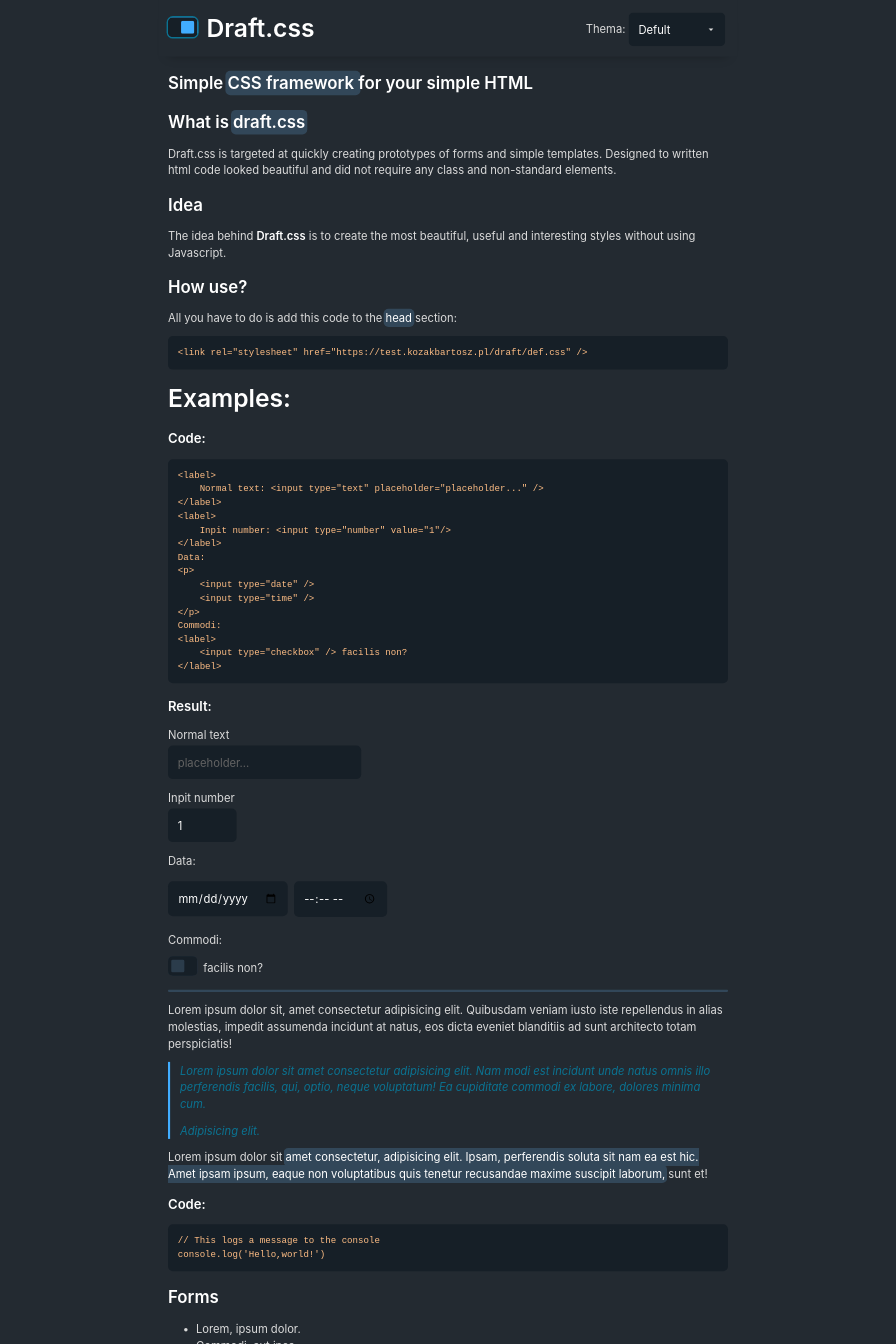
Repository: KozakBartosz/Draft
Page: index.html
These files come from the project's save history. The page is drawn as it stood at one moment and after the next save; the edit follows.
The browser window is 1280 px wide. The pictures show the part of the page from y = 0 to 1920 px (the page is 6236 px tall), at 70% of full size.

Above is the page before, as saved 2019-04-12 13:55:32.

### index.html
<!DOCTYPE html>
<html lang="en">
	<head>
		<meta charset="UTF-8" />
		<meta name="viewport" content="width=device-width, initial-scale=1.0" />
		<meta http-equiv="X-UA-Compatible" content="ie=edge" />
		<title>Draft.css</title>
		<link rel="stylesheet" href="draft.css" />
	</head>
	<body style="--sticky: calc(var(--mainpaddng) * 2 + 52px);">
		<header>
			<div style="float: right">
				Thema:
				<select name="" id="changethema">
					<option value="0">Defult</option>
					<option value="1">Defult mini</option>
					<option value="2">Light</option>
					<option value="3">Blood</option>
					<option value="4">Matrix</option>
				</select>
			</div>
			<h1 style="margin-bottom: 0">
				<input type="checkbox" checked="checked" /> Draft.css
			</h1>
		</header>
		<h2>
			Simple
			<mark>
				CSS framework
			</mark>
			for your simple HTML
		</h2>
		<h2>What is <mark>draft.css</mark></h2>
		<p>
			Draft.css is targeted at quickly creating prototypes of forms and
			simple templates. Designed to written html code looked beautiful and
			did not require any class and non-standard elements.
		</p>

		<h2>Idea</h2>
		<p>
			The idea behind <strong>Draft.css</strong> is to create the most
			beautiful, useful and interesting styles without using Javascript.
		</p>
		<h2>How use?</h2>
		<p>
			All you have to do is add this code to the
			<mark>head</mark> section:
		</p>

		<pre><code>&lt;link rel="stylesheet" href="https://test.kozakbartosz.pl/draft/def.css" /&gt;</code></pre>

		<h1>Examples:</h1>

		<h3>Code:</h3>

		<pre><code>&lt;label&gt;<br />&nbsp; &nbsp; Normal text: &lt;input type="text" placeholder="placeholder..." /&gt;<br />&lt;/label&gt;<br />&lt;label&gt;<br />&nbsp; &nbsp; Inpit number: &lt;input type="number" value="1"/&gt;<br />&lt;/label&gt;<br />Data:<br />&lt;p&gt;<br />&nbsp; &nbsp; &lt;input type="date" /&gt;<br />&nbsp; &nbsp; &lt;input type="time" /&gt;<br />&lt;/p&gt;<br />Commodi:<br />&lt;label&gt;<br />&nbsp; &nbsp; &lt;input type="checkbox" /&gt; facilis non?<br />&lt;/label&gt;</code></pre>
		<h3>Result:</h3>
		<label>
			Normal text
			<input type="text" placeholder="placeholder..." />
		</label>
		<label>
			Inpit number
			<input type="number" value="1" />
		</label>
		Data:
		<p>
			<input type="date" />
			<input type="time" />
		</p>
		Commodi:
		<label> <input type="checkbox" /> facilis non? </label>

		<hr />

		<p>
			Lorem ipsum dolor sit, amet consectetur adipisicing elit. Quibusdam
			veniam iusto iste repellendus in alias molestias, impedit assumenda
			incidunt at natus, eos dicta eveniet blanditiis ad sunt architecto
			totam perspiciatis!
		</p>

		<cite>
			<p>
				Lorem ipsum dolor sit amet consectetur adipisicing elit. Nam
				modi est incidunt unde natus omnis illo perferendis facilis,
				qui, optio, neque voluptatum! Ea cupiditate commodi ex labore,
				dolores minima cum.
			</p>
			<p>Adipisicing elit.</p>
		</cite>

		<p>
			Lorem ipsum dolor sit
			<mark
				>amet consectetur, adipisicing elit. Ipsam, perferendis soluta
				sit nam ea est hic. Amet ipsam ipsum, eaque non voluptatibus
				quis tenetur recusandae maxime suscipit laborum,</mark
			>
			sunt et!
		</p>

		<h3>Code:</h3>
		<pre><code>// This logs a message to the console<br />console.log('Hello,world!')</code></pre>

		<h2>Forms</h2>

		<ul>
			<li>Lorem, ipsum dolor.</li>
			<li>Commodi, aut ipsa.</li>
			<li>Dignissimos, quibusdam nobis?</li>
			<li>Quae, in praesentium.</li>
			<li>Aut, facilis non?</li>
		</ul>
		<ol>
			<li>Lorem, ipsum dolor.</li>
			<li>Commodi, aut ipsa.</li>
			<li>Dignissimos, quibusdam nobis?</li>
			<li>Quae, in praesentium.</li>
			<li>Aut, facilis non?</li>
		</ol>
		<textarea
			name="about"
			id="about"
			placeholder="I am a textarea..."
			rows="6"
		></textarea>
		<h2>Lorem ipsum dolor sit amet.</h2>
		<label>
			Normal text
			<input type="text" />
		</label>
		<label>
			Inpit number <input type="number" / value="1">
		</label>
		Date:
		<p>
			<input type="date" />
			<input type="time" />
		</p>
		<label>
			Nazwa:
			<select name="" id="">
				<option value="">Wybierz</option>
				<option value="">Fuga aut vero</option>
				<option value="">veritatis accusamus</option>
				<option value="">quam</option>
			</select>
		</label>
		<label>
			Nazwa:
			<select name="" id="" multiple>
				<option value="">consectetur adipisicing</option>
				<option value="">Nemo nihil unde</option>
				<option value="">animi mollitia</option>
				<option value="">dolor sit amet</option>
			</select>
		</label>

		<h2>Simple table</h2>

		<table>
			<tr>
				<th>lorem</th>
				<th>lorem</th>
				<th>lorem</th>
			</tr>
			<tr>
				<td>lorem</td>
				<td>lorem</td>
				<td>lorem</td>
			</tr>
			<tr>
				<td>lorem</td>
				<td>lorem</td>
				<td>lorem</td>
			</tr>
		</table>

		<h2>Adv table</h2>
		<p>
			When we added the <code>&lt;thead&gt;</code> and
			<code>&lt;tbody&gt;</code> table has
			<code>table-layout: fixed</code> and
			<code>position: sticky</code> for thead
		</p>

		<table>
			<thead>
				<tr>
					<th width="5%">#</th>
					<th>Kod</th>
					<th>Nazwa</th>
					<th>Opis</th>
					<th width="120px"></th>
				</tr>
			</thead>
			<tbody>
				<tr>
					<td width="5%">1</td>
					<td><code>EDG-651</code></td>
					<td>Lorem ipsum dolor</td>
					<td>
						Lorem ipsum dolor sit amet, consectetur adipisicing
						elitdolor sitamet
					</td>
					<td width="120px" style="text-align: right;">
						<input type="checkbox" />
					</td>
				</tr>
				<tr>
					<td width="5%">2</td>
					<td><code>EDG-652</code></td>
					<td>Lorem ipsum dolor</td>
					<td>
						Lorem ipsum dolor sit amet, consectetur adipisicing
						elitdolor sitamet
					</td>
					<td width="120px" style="text-align: right;">
						<input type="checkbox" />
					</td>
				</tr>
				<tr>
					<td width="5%">3</td>
					<td><code>EDX-652*</code></td>
					<td>Lorem ipsum dolor</td>
					<td>
						Lorem ipsum dolor sit amet, consectetur adipisicing
						elitdolor sitamet
					</td>
					<td width="120px" style="text-align: right;">
						<input type="checkbox" />
					</td>
				</tr>
				<tr>
					<td width="5%">5</td>
					<td><code>EDD-655</code></td>
					<td>Lorem ipsum dolor</td>
					<td>
						Lorem ipsum dolor sit amet, consectetur adipisicing
						elitdolor sitamet
					</td>
					<td width="120px" style="text-align: right;">
						<input type="checkbox" />
					</td>
				</tr>
			</tbody>
			<tfoot>
				<tr>
					<td colspan="4">Lorem ipsum doreta: <b>3</b></td>
					<td width="120px"><button>Remove</button></td>
				</tr>
			</tfoot>
		</table>

		<h3>Checkbox</h3>
		<label> <input type="checkbox" /> Ale ma kota </label>

		<label> <input type="checkbox" /> Ale ma kota2 </label>

		<label> <input type="checkbox" /> Ale ma kota3 </label>

		<h3>Radio</h3>
		<label> <input type="radio" name="radio" /> Ale ma kota </label>
		<label> <input type="radio" name="radio" /> Ale ma kota2 </label>
		<label> <input type="radio" name="radio" /> Ale ma kota3 </label>

		<hr />

		<h2>Search</h2>

		<fieldset class="search">
			<legend>Szukaj</legend>
			<form action="produkty,szukaj" method="get">
				<input
					type="text"
					name="q"
					placeholder="Wpisz czego szukasz..."
				/>
				<button>Szukaj</button>
			</form>
		</fieldset>

		<h2>Change button color by html</h2>

		<h2>Code</h2>
		<pre><code>&lt;button&gt;Exit&lt;/button&gt;<br>&lt;button style="--button: #7e1616; --buttonhover: #b40d0d;"&gt;
	Ok<br>&lt;/button&gt;</code></pre>

		<h3>result</h3>
		<button>Exit</button>
		<button style="--button: #7e1616; --buttonhover: #b40d0d;">
			Ok
		</button>

		<h2>Details</h2>

		<details>
			<summary>Szczypta detali</summary>
			<p>Informacje szczegółowe na dany temat.</p>
		</details>

		<details open>
			<summary>Jeszcze wiecej szczegółów</summary>
			<p>Tu jest jeszcze wiecej informacji szczegółowych</p>
		</details>

		<details>
			<summary>Jeszcze wiecej szczegółów</summary>
			<p>
				Lorem ipsum dolor sit amet consectetur adipisicing elit. Minima
				fugiat explicabo assumenda ducimus nobis aliquid esse, ad ab
				sapiente officiis repellat et, nisi atque itaque autem ut
				architecto tempore consequatur.
			</p>
		</details>

		<h2>Real Form</h2>

		<details>
			<summary>Jeszcze wiecej szczegółów</summary>
			<p>
				Lorem ipsum dolor sit amet consectetur adipisicing elit. Minima
				fugiat explicabo assumenda ducimus nobis aliquid esse, ad ab
				sapiente officiis repellat et, nisi atque itaque autem ut
				architecto tempore consequatur.
			</p>
		</details>

		<form>
			<label for="email">Email</label>
			<input
				type="email"
				name="email"
				required=""
				id="email"
				value=""
				placeholder="john.doe@gmail.com"
			/>
			<label for="text">Text</label>
			<input
				type="text"
				name="email"
				required=""
				id="text"
				value=""
				placeholder="john.doe@gmail.com"
			/>

			<label for="id">User id (read only)</label>
			<input readonly="" name="id" id="id" value="04D6H89Z" />

			<label for="disabled">Random disabled input</label>
			<input
				disabled=""
				name="disabled"
				id="disabled"
				placeholder="Because why not?"
			/>

			<label for="about">About me</label>

			<input type="checkbox" name="remember" id="remember" checked="" />
			<label for="remember">Remember me</label>

			<input type="submit" />
		</form>

		<p>
			<strong>Lorem ipsum</strong> dolor sit,
			<a href="">amet consectetur adipisicing</a> elit.
			<i>Hic nobis</i> atque eligendi voluptatum doloribus rem praesentium
			veniam quo delectus explicabo, architecto ipsam ipsa unde vitae
			excepturi iusto nesciunt placeat ducimus.
		</p>
		<p>
			Lorem ipsum dolor sit amet consectetur adipisicing elit. Enim saepe
			quisquam delectus accusantium nam recusandae obcaecati ullam, non
			neque <a href="">commodi modi tempore </a>magni magnam. Tenetur
			officiis mollitia facere libero sint.
		</p>
		<h4>Lorem ipsum dolor sit amet.</h4>
		<p>
			Lorem ipsum dolor, sit amet consectetur adipisicing elit. Possimus,
			vero quibusdam. Rerum libero nihil aspernatur, ipsam vel voluptatem
			inventore quasi. Odit, sapiente? Delectus beatae laudantium sapiente
			cupiditate et libero? Corrupti.
		</p>

		<button>Send</button>
		<script>
			var themes = [
				[
					{ brand: "#41adff" },
					{ mainbg: "#232a31" },
					{ mainpaddng: "14px" },
					{ radius: "7px" },

					{ low: "#161f27" },
					{ like: "#2b3c4b" },
					{ midi: "#324759" },
					{ hight: "#0b7392" },

					{ text: "#dbdbdb" },
					{ textContrast: "#fff" },

					{ code: "#ffbe85" },

					{ button: "#2b3c4a" },
					{ buttonhover: "#334a5e" },
					{ buttontext: "#fff" },

					{ fillhover: "#1b2731" }
				],
				[
					{ brand: "#41adff" },
					{ mainbg: "#232a31" },
					{ mainpaddng: "12px" },
					{ radius: "12px" },

					{ low: "#161f27" },
					{ like: "#2b3c4b" },
					{ midi: "#324759" },
					{ hight: "#0b7392" },

					{ text: "#dbdbdb" },
					{ textContrast: "#fff" },

					{ code: "#ffbe85" },

					{ button: "#2b3c4a" },
					{ buttonhover: "#334a5e" },
					{ buttontext: "#fff" },

					{ fillhover: "#1b2731" }
				],
				[
					{ brand: "#41adff" },
					{ mainbg: "#ffffff" },
					{ mainpaddng: "14px" },
					{ radius: "7px" },

					{ low: "#e8f1fa" },
					{ like: "#cfe2f7" },
					{ midi: "#b2cee7" },
					{ hight: "#1db5e4" },

					{ text: "#3f4646" },
					{ textContrast: "#1a1f1f" },

					{ code: "#20595f" },

					{ button: "#3dcca1" },
					{ buttonhover: "#34e0ad" },
					{ buttontext: "#fff" },

					{ fillhover: "#e8f5ff" }
				],
				[
					{ mainpaddng: "18px" },
					{ radius: "3px" },
					{ brand: "#c21a1a" },
					{ mainbg: "#312323" },

					{ code: "#ffbe85" },

					{ text: "#dbdbdb" },
					{ textContrast: "#fff" },

					{ button: "#4a2b2b" },
					{ buttonhover: "#5e3333" },
					{ buttontext: "#fff" },

					{ fillhover: "#311b1b" },

					{ low: "#271616" },
					{ like: "#4b2b2b" },
					{ midi: "#593232" },
					{ hight: "#800f0f" }
				],
				[
					{ mainpaddng: "11px" },
					{ radius: "13px" },
					{ brand: "#1ac260" },
					{ mainbg: "#233126" },

					{ code: "#c0ff85" },

					{ text: "#dbdbdb" },
					{ textContrast: "#fff" },

					{ button: "#324a2b" },
					{ buttonhover: "#385e33" },
					{ buttontext: "#fff" },

					{ fillhover: "#1b3122" },

					{ low: "#162717" },
					{ like: "#2b4b2e" },
					{ midi: "#32593f" },
					{ hight: "#0f803a" }
				]
			];

			let changethema = document.getElementById("changethema");
			let root = document.documentElement;
			changethema.addEventListener("change", e => {
				console.log(e);
				var theme = themes[e.target.value];
				theme.forEach(element => {
					var k = Object.keys(element)[0];
					root.style.setProperty("--" + k, element[k]);
				});
			});
		</script>
	</body>
</html>

### draft.css
/* TO DO */
/* <details> */
:root {
	--brand: #41adff;
	--mainbg: #232a31;
	--mainpaddng: 14px;
	--radius: 7px;

	--low: #161f27;
	--like: #2b3c4b;
	--midi: #324759;
	--hight: #0b7392;

	--text: #dbdbdb;
	--textContrast: #fff;

	--code: #ffbe85;

	--button: #2b3c4a;
	--buttonhover: #334a5e;
	--buttontext: #fff;

	--fillhover: #1b2731;

	--sticky: 0px;
}
/*
:root {
	--brand: #41adff;
	--mainbg: #ffffff;
	--mainpaddng: 14px;
	--radius: 7px;

	--low: #e8f1fa;
	--like: #cfe2f7;
	--midi: #b2cee7;
	--hight: #1db5e4;

	--text: #3f4646;
	--textContrast: #1a1f1f;

	--code: #20595f;

	--button: #3dcca1;
	--buttonhover: #34e0ad;
	--buttontext: #fff;

	--fillhover: #e8f5ff;
} */

/* :root {
	--mainpaddng: 18px;
	--radius: 3px;
	--brand: #c21a1a;
	--mainbg: #312323;

	--code: #ffbe85;

	--text: #dbdbdb;
	--textContrast: #fff;

	--button: #4a2b2b;
	--buttonhover: #5e3333;
	--buttontext: #fff;

	--fillhover: #311b1b;

	--low: #271616;
	--like: #4b2b2b;
	--midi: #593232;
	--hight: #800f0f;
} */

/* :root {
	--mainpaddng: 11px;
	--radius: 13px;
	--brand: #1ac260;
	--mainbg: #233126;

	--code: #c0ff85;

	--text: #dbdbdb;
	--textContrast: #fff;

	--button: #324a2b;
	--buttonhover: #385e33;
	--buttontext: #fff;

	--fillhover: #1b3122;

	--low: #162717;
	--like: #2b4b2e;
	--midi: #32593f;
	--hight: #0f803a;
} */
body {
	font-family: -apple-system, BlinkMacSystemFont, "Segoe UI", "Roboto",
		"Oxygen", "Ubuntu", "Cantarell", "Fira Sans", "Droid Sans",
		"Helvetica Neue", sans-serif;
	line-height: 1.5;
	max-width: 800px;
	margin: 0px auto var(--mainpaddng);
	padding: 0 var(--mainpaddng);
	color: var(--text);
	background: var(--mainbg);
	text-rendering: optimizeLegibility;
}

label {
	display: block;
}
a,
a:active,
button,
button:active,
input,
input:active,
textarea,
details,
summary,
th,
td {
	outline: none;
	box-shadow: none;
	transition: background-color 0.2s ease, box-shadow 0.2s ease,
		transform 0.2s ease;
}
h1 {
	font-size: 2.2em;
	margin-top: 0;
}
h1,
h2,
h3,
h4,
h5,
h6 {
	margin-bottom: 12px;
}
h1,
h2,
h3,
h4,
h5,
h6,
strong {
	color: var(--textContrast);
	font-weight: 600;
}
button,
input[type="submit"],
input[type="button"],
input[type="checkbox"],
input[type="radio"] {
	cursor: pointer;
	display: inline-block;
}

input,
select,
button,
textarea {
	/* display: block; */
	color: var(--textContrast);
	background-color: var(--low);
	font-family: inherit;
	font-size: inherit;
	margin: 4px 4px 6px 0;
	padding: var(--mainpaddng);
	border: none;
	border-radius: var(--radius);
	outline: none;
	-webkit-appearance: none;
	vertical-align: middle;
}
input[type="number"] {
	max-width: calc(var(--mainpaddng) * 5);
}

button:hover,
input:hover,
select:hover,
textarea:hover,
textarea:hover {
	background-color: var(--fillhover);
}

label > input,
label > select {
	display: block;
}

textarea {
	margin-right: 0;
	width: 100%;
	box-sizing: border-box;
	resize: vertical;
}
button,
input[type="submit"],
input[type="button"] {
	color: var(--buttontext);
	background-color: var(--button);
	padding: var(--mainpaddng) calc(var(--mainpaddng) * 2);
}

select:not([multiple]) {
	padding-right: calc(var(--mainpaddng) * 3);
	background: var(--low)
		url("data:[embedded picture, 198 characters]")
		100% 50%/27px 7px no-repeat;
}

/* input:not([value=""]):invalid,
select:not([value=""]):invalid,
textarea:not([value=""]):invalid {
	box-shadow: 0 0 0 2px darkred;
} */

input:focus,
select:focus,
button:focus,
textarea:focus {
	background-color: var(--fillhover);
	box-shadow: 0 0 0 2px var(--hight);
}

button:focus,
input[type="submit"]:focus,
input[type="button"]:focus {
	background-color: var(--buttonhover);
}

button:hover,
input[type="submit"]:hover,
input[type="button"]:hover {
	background-color: var(--buttonhover);
	box-shadow: 0 5px 20px -5px rgba(0, 0, 0, 0.35), 0 3px 0 0 var(--button);
	transform: translateY(-3px);
}
button:active,
input[type="submit"]:active,
input[type="button"]:active {
	transform: translateY(0px);
	box-shadow: 0 5px 20px -5px rgba(0, 0, 0, 0.35);
}

input:disabled {
	cursor: not-allowed;
	opacity: 0.5;
}

input[type="radio"],
input[type="checkbox"] {
	margin-top: -2px;
	transition: background-color 0.25s ease,
		box-shadow 0.25s cubic-bezier(0.53, 1.59, 0.51, 1);
}
input[type="checkbox"] {
	background-color: var(--like);
	width: calc(var(--mainpaddng) * 3);
	box-shadow: calc(var(--mainpaddng) * -1) 0 0 calc(var(--mainpaddng) / 3)
			var(--low) inset,
		0 0 0 calc(var(--mainpaddng) / 3) var(--low) inset;
}
input[type="checkbox"]:hover,
input[type="radio"]:hover {
	background-color: var(--midi);
}
input[type="checkbox"]:focus {
	box-shadow: calc(var(--mainpaddng) * -1) 0 0 calc(var(--mainpaddng) / 3)
			var(--low) inset,
		0 0 0 calc(var(--mainpaddng) / 3) var(--low) inset,
		0 0 0 2px var(--hight);
}

input[type="radio"] {
	border-radius: 100%;
	box-shadow: 0 0 0 calc(var(--mainpaddng) / 2) var(--low) inset;
}
input[type="checkbox"]:checked,
input[type="radio"]:checked {
	box-shadow: 0 0 0 calc(var(--mainpaddng) / 3) var(--low) inset,
		0 0 0 2px var(--hight), 0 0 0 1px var(--low);
	background-color: var(--brand);
}

input[type="checkbox"]:checked {
	box-shadow: var(--mainpaddng) 0 0 calc(var(--mainpaddng) / 3) var(--low)
			inset,
		0 0 0 calc(var(--mainpaddng) / 3) var(--low) inset,
		0 0 0 2px var(--hight);
}

::placeholder {
	color: #636363;
}
a {
	text-decoration: none;
	color: var(--hight);
}
a:hover {
	text-decoration: underline;
	color: var(--brand);
}

mark {
	background: linear-gradient(var(--brand), var(--brand)) 50% 100%/100% 40%
		no-repeat;
	background: var(--midi);
	padding: 3px;
	margin: -3px;
	/* text-shadow: 1px 1px 1px var(--mainbg), -1px 1px 1px var(--mainbg),
		0px 1px 1px var(--mainbg); */
	color: var(--textContrast);
	border-radius: var(--radius);
}

ul,
ol,
label,
code,
p {
	margin: var(--mainpaddng) 0;
}

code,
kbd {
	background: var(--low);
	color: var(--code);
	padding: 4px;
	border-radius: var(--radius);
}

cite,
q {
	display: block;
	margin: var(--mainpaddng) 0;
	color: var(--hight);
	/* border-radius: var(--radius); */
	padding: 0 var(--mainpaddng);
	border-left: 3px solid var(--brand);
}

/* pre {
	margin: 0 calc(var(--mainpaddng) * -1);
} */
pre > code {
	display: block;
	overflow-x: auto;
	padding: var(--mainpaddng);
}
img {
	max-width: 100%;
}
hr {
	margin: var(--mainpaddng) 0;
	border: none;
	height: 3px;
	border-radius: calc(var(--radius) / 6);
	background: var(--midi);
}
fieldset {
	border: 3px solid var(--midi);
	border-radius: var(--radius);
}
fieldset > legend {
	font-weight: 600;
	color: var(--textContrast);
	padding: calc(var(--mainpaddng) / 2) calc(var(--mainpaddng));
}

details {
	padding: var(--mainpaddng);
	border-radius: var(--radius);
	padding-bottom: calc(var(--mainpaddng) + var(--radius));
	background: var(--low);
}

details:last-of-type {
	padding-bottom: var(--mainpaddng);
}

details + details {
	margin-top: calc(var(--radius) * -1);
	border-top: 1px solid var(--mainbg);
	border-radius: 0 0 var(--radius) var(--radius);
}

details[open],
details:hover:not([open]) {
	background: var(--like);
	z-index: 1;
}
details summary {
	cursor: pointer;
	margin: calc(var(--mainpaddng) * -1);
	padding: var(--mainpaddng);
}

table {
	/* display: block; */
	/* overflow-x: auto; */
	/* border-collapse: collapse; */
	margin: var(--mainpaddng) -1px;
	width: calc(100% + 2px);
	border-spacing: 1px;
	position: relative;
}
tbody,
tfoot,
thead {
	border-radius: calc(var(--radius) + 2px);
	overflow: hidden;
	background: var(--mainbg);
	table-layout: fixed;
	position: relative;
	z-index: 0;
	display: table;
	width: calc(100% + 2px);
}

header,
thead {
	background: var(--mainbg);
	position: sticky;
	top: var(--sticky);
	z-index: 5;
	box-shadow: 0px 12px 15px -15px rgba(0, 0, 0, 0.35);
}
header {
	z-index: 10;
	top: 0px;
	display: block;
	padding: var(--mainpaddng);
	margin: 0 calc(var(--mainpaddng) * -1) var(--mainpaddng);
}
td,
th {
	padding: var(--mainpaddng);
	background: var(--low);
}
th {
	color: var(--textContrast);
}
tr:hover td {
	background-color: var(--fillhover);
}

After the next save:
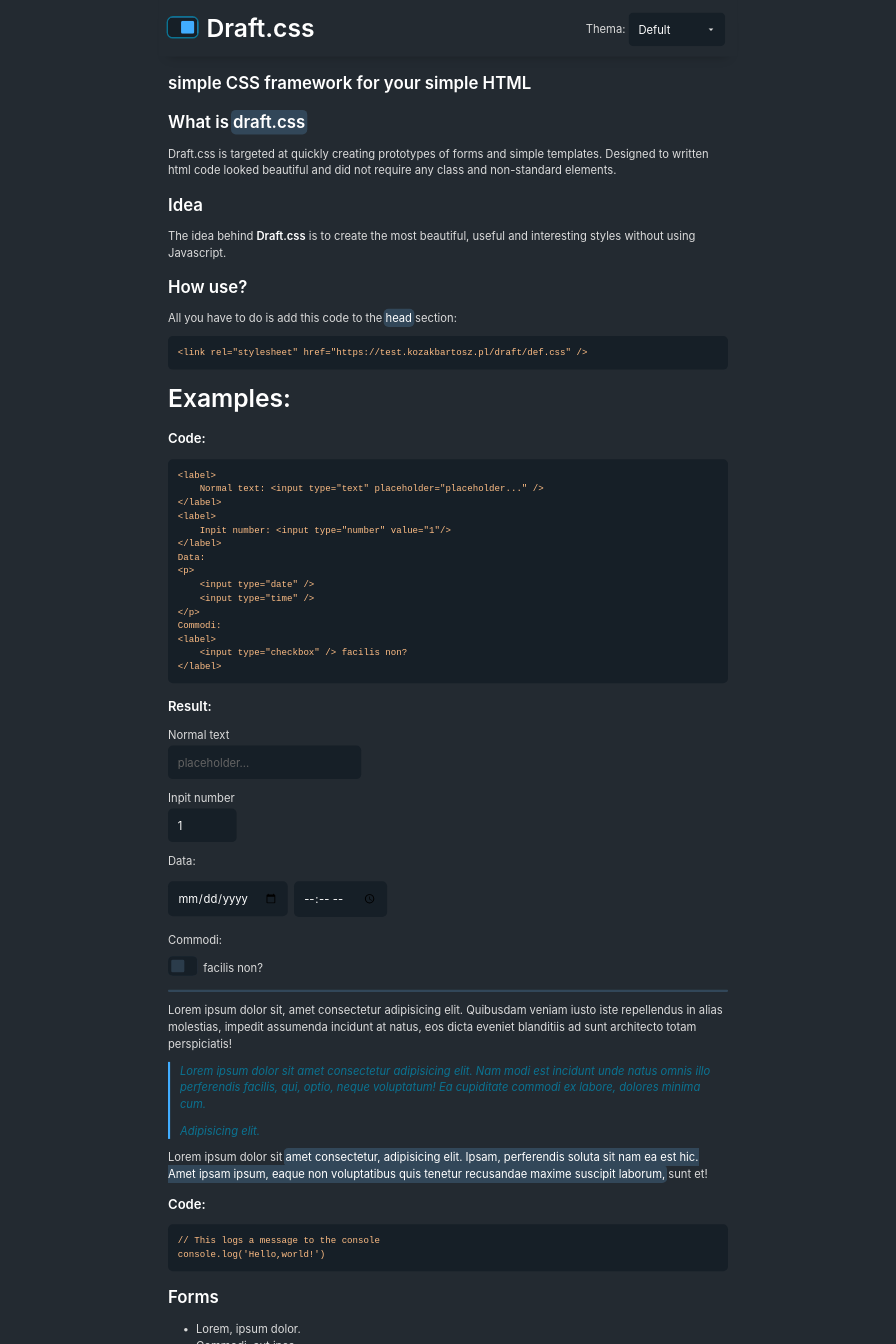
Saved 9 s later.
--- a/index.html
+++ b/index.html
@@ -24,11 +24,7 @@
 			</h1>
 		</header>
 		<h2>
-			Simple
-			<mark>
-				CSS framework
-			</mark>
-			for your simple HTML
+			simple CSS framework for your simple HTML
 		</h2>
 		<h2>What is <mark>draft.css</mark></h2>
 		<p>
